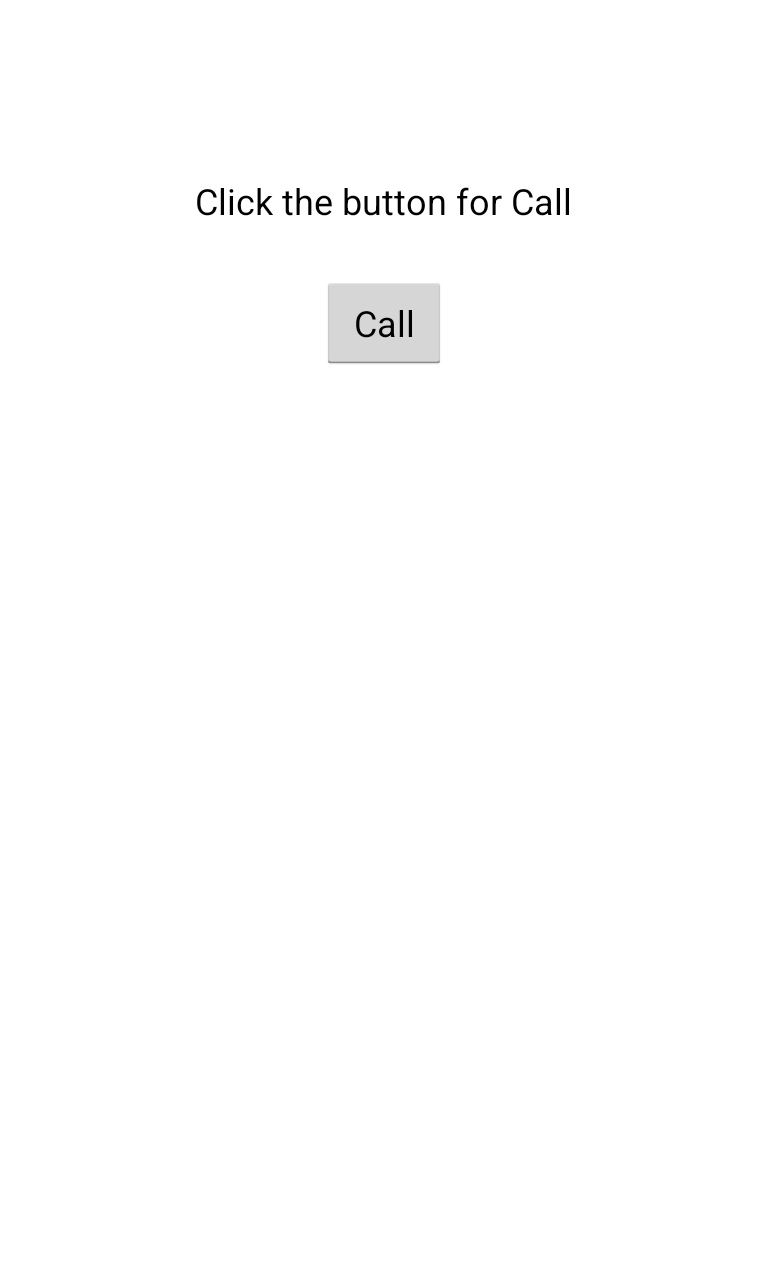
Repository: MadhuHS/OECM-1
Layout: ImplicitIntents/res/layout/activity_main.xml
An editor plug-in stored every save of this project. The layout is shown before and after the next save, followed by the edit.
It is drawn on a 768 x 1280 px phone screen (xhdpi) without system bars, with theme AppTheme; the app's code is not run.

Above is the layout before, as saved 2015-10-02 13:50:34.

### ImplicitIntents/res/layout/activity_main.xml
<RelativeLayout xmlns:android="http://schemas.android.com/apk/res/android"
    xmlns:tools="http://schemas.android.com/tools"
    android:layout_width="match_parent"
    android:layout_height="match_parent"
    android:paddingBottom="@dimen/activity_vertical_margin"
    android:paddingLeft="@dimen/activity_horizontal_margin"
    android:paddingRight="@dimen/activity_horizontal_margin"
    android:paddingTop="@dimen/activity_vertical_margin"
    tools:context=".MainActivity" >

    <TextView
        android:id="@+id/textView1"
        android:layout_width="wrap_content"
        android:layout_height="wrap_content"
        android:layout_alignParentTop="true"
        android:layout_centerHorizontal="true"
        android:layout_marginTop="72dp"
        android:text="Click the button for Call"
        android:textAppearance="?android:attr/textAppearanceMedium" />

    <Button
        android:id="@+id/buttoncall"
        android:layout_width="wrap_content"
        android:layout_height="wrap_content"
        android:layout_below="@+id/textView1"
        android:layout_centerHorizontal="true"
        android:layout_marginTop="25dp"
        android:text="Call" />

</RelativeLayout>

Loaded but not shown: ImplicitIntents/res/values/styles.xml (common file); ImplicitIntents/res/values-v11/styles.xml (common file); ImplicitIntents/res/values-v14/styles.xml (common file); ImplicitIntents/res/values/dimens.xml (common file)

After the next save:
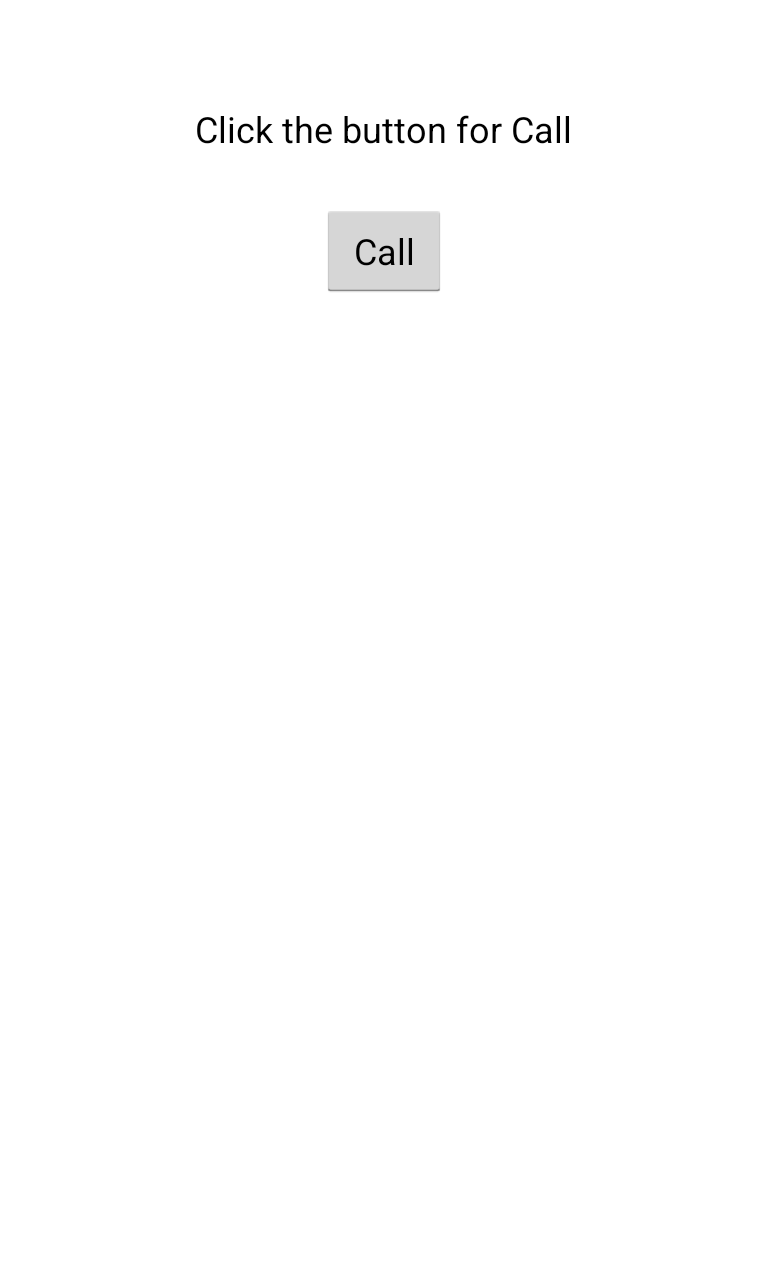
Saved 10 s later.
--- a/ImplicitIntents/res/layout/activity_main.xml
+++ b/ImplicitIntents/res/layout/activity_main.xml
@@ -8,16 +8,6 @@
     android:paddingTop="@dimen/activity_vertical_margin"
     tools:context=".MainActivity" >
 
-    <TextView
-        android:id="@+id/textView1"
-        android:layout_width="wrap_content"
-        android:layout_height="wrap_content"
-        android:layout_alignParentTop="true"
-        android:layout_centerHorizontal="true"
-        android:layout_marginTop="72dp"
-        android:text="Click the button for Call"
-        android:textAppearance="?android:attr/textAppearanceMedium" />
-
     <Button
         android:id="@+id/buttoncall"
         android:layout_width="wrap_content"
@@ -27,4 +17,14 @@
         android:layout_marginTop="25dp"
         android:text="Call" />
 
+    <TextView
+        android:id="@+id/textView1"
+        android:layout_width="wrap_content"
+        android:layout_height="wrap_content"
+        android:layout_alignParentTop="true"
+        android:layout_centerHorizontal="true"
+        android:layout_marginTop="36dp"
+        android:text="Click the button for Call"
+        android:textAppearance="?android:attr/textAppearanceMedium" />
+
 </RelativeLayout>
